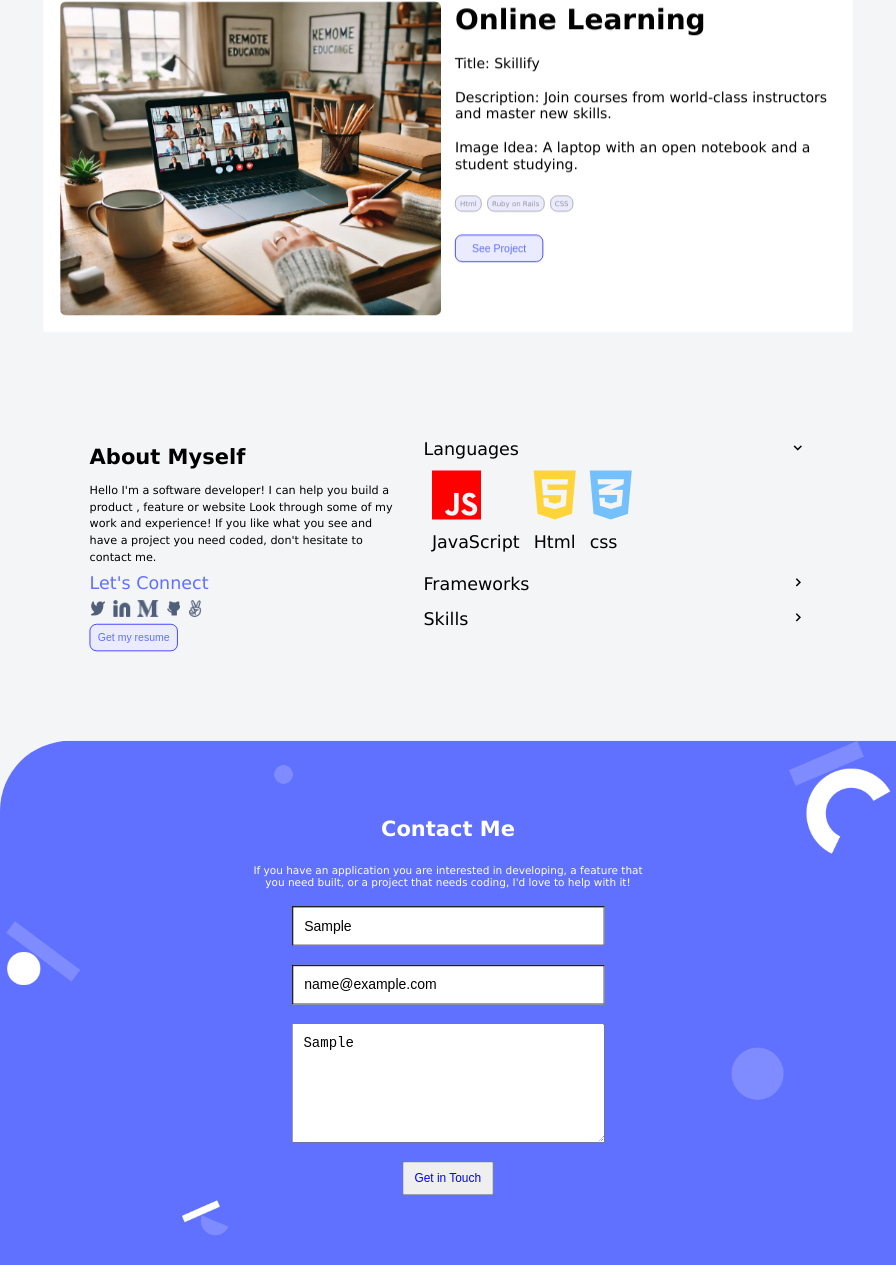
Repository: usman3123/portfolio-template-3
Page: index.html
An editor plug-in stored every save of this project. The page is shown before and after the next save, followed by the edit.
The browser window is 1280 px wide. The pictures show the part of the page from y = 2806 to 4726 px (the page is 4613 px tall before and 4726 px after), at 70% of full size.
Empty fields were first filled with sample values (such as "Sample", 5 or name@example.com).
After loading, the first visible `i.bx` was clicked once.
Some web libraries are served in a nearby version.

Above is the page before, as saved 2025-02-20 13:50:03.

### index.html
<!DOCTYPE html>
<html lang="en">
<head>
  <meta charset="UTF-8">
  <meta name="viewport" content="width=device-width, initial-scale=1.0">
  <title>project 2</title>
  <link rel="stylesheet" href="style.css">
  <link href='https://unpkg.com/boxicons@2.1.4/css/boxicons.min.css' rel='stylesheet'>
  <link rel="stylesheet" href="https://cdnjs.cloudflare.com/ajax/libs/font-awesome/6.6.0/css/all.min.css" integrity="sha512-Kc323vGBEqzTmouAECnVceyQqyqdsSiqLQISBL29aUW4U/M7pSPA/gEUZQqv1cwx4OnYxTxve5UMg5GT6L4JJg==" crossorigin="anonymous" referrerpolicy="no-referrer" />
  <link rel="stylesheet" href="https://cdnjs.cloudflare.com/ajax/libs/font-awesome/6.6.0/css/all.min.css" integrity="sha512-Kc323vGBEqzTmouAECnVceyQqyqdsSiqLQISBL29aUW4U/M7pSPA/gEUZQqv1cwx4OnYxTxve5UMg5GT6L4JJg==" crossorigin="anonymous" referrerpolicy="no-referrer" />

  <link rel="stylesheet" href="https://cdnjs.cloudflare.com/ajax/libs/font-awesome/6.7.2/css/all.min.css">
  <link rel="preconnect" href="https://fonts.googleapis.com">
<link rel="preconnect" href="https://fonts.gstatic.com" crossorigin>
<link href="https://fonts.googleapis.com/css2?family=Poppins:ital,wght@0,100;0,200;0,300;0,400;0,500;0,600;0,700;0,800;0,900;1,100;1,200;1,300;1,400;1,500;1,600;1,700;1,800;1,900&display=swap" rel="stylesheet">
</head>

<body>
<div class="herostyle"></div>
  <section class="wholebody">
    <section class="webpage">
      <!-- Navbar -->

    <div class="hero-page">
      <div class="header-div">
        <nav class="nav-bar flex">
            <h4 class="nav-heading">My Logo</h4>
            <div class="nav-links flex">
                <a  class="link">Portfolio</a>
                <a href="#myabout" class="link">About</a>
                <a href="#mycontact" class="link" >Contact</a>
            </div>
            <i class="fa-solid fa-light fa-bars fa-xl nav-icon" id="nav-icon"></i>
        </nav>
    </div>

      <!-- Main Content -->
      <section id="myportfolio" class="hero-section flex">
        <div class="hero-content flex">
            <h1 class="hero-head"> I'm USMAN!
              Glad to see you.
          </h1>
          <p class="hero-p">
            I'm a software developer! I can help you build a product , feature or website Look through  some of my work and experience! If you like what you see and have a project you need coded, don’t hesitate to contact me.
          </p>
        <p class="let-connect"> LET'S CONNECT</p>

          <div class="icons flex">
              <img src="/assets/twitter.png" class="media-icon">
              <img src="assets/Linkedin.png" class="media-icon">
              <img src="assets/M.png" class="media-icon">
              <img src="assets/Github.png" class="media-icon">
              <img src="assets/V.png" class="media-icon">
          </div>
        </div>
      </section>

    </div>
      <!-- Cards Section -->

      <div class="overlay">
        <section class="cards flex">

        </section>

      </div>

      <!-- ABOUT MYSELF -->

      <section id="myabout" class="about flex">

        <div class="about-intro flex">
          <h1 class="about-head">About Myself</h1>
          <p class="about-paragraph">Hello I'm a software developer! I can help you build a product , feature or website Look through some of my work and experience! If you like what you see and have a project you need coded, don't hesitate to contact me.</p>
            <p class="connect">Let's Connect</p>
            <div class="icons flex icon-gap">
              <img src="assets/twitter.png" class="twitter">
              <img src="assets/Linkedin.png" class="inimage">
              <img src="assets/M.png" class="mimage">
              <img src="assets/Github.png" class="tomimage">
              <img src="assets/V.png" class="protocol">
          </div>
          <button class="content-btn rsm-btn"> Get my resume</button>
        </div>

        <div class="about-skills flex">
          <div class="clicker">
            <div class="about-all flex">
              <p>Languages</p>
              <i class='bx bx-chevron-down remove downicon'></i>
              <i class='bx bx-chevron-right  language-icon'></i>
            </div>
            <div class="about-lang-languages flex">
              <div class="about-lang-img flex">
                <i class="fa-brands fa-js sty-i" style="color: #ff0000;"></i>
                <p>JavaScript</p>
              </div>
              <div class="about-lang-img flex">
                <i class="fa-brands fa-html5 sty-i" style="color: #FFD43B;"></i>
                <p>Html</p>

              </div>
              <div class="about-lang-img flex">
                <i class="fa-brands fa-css3-alt sty-i" style="color: #74C0FC;"></i>
                <p>css</p>
              </div>
            </div>
          </div>
          <div class="about-all flex">
            <p> Frameworks</p>
            <i class='bx bx-chevron-down remove downicon'></i>
            <i class='bx bx-chevron-right  language-icon'></i>
          </div>
          <div class="about-lang-frameworks flex">
            <div class="about-lang-img flex">
              <p>bootStrap</p>
              <i class="fa-brands fa-bootstrap icon-style" style="color: #075ef2;"></i>
            </div>
            <div class="about-lang-img flex">
              <p>Ruby on Rails</p>
              <i class="fa-solid fa-gem icon-style" style="color: #ff0000;"></i>
            </div>
            <div class="about-lang-img flex">
              <p>React.js</p>
              <i class="fa-brands fa-react icon-style" style="color: #437ddf;"></i>
            </div>
          </div>
          <div class="about-all flex">
            <p>Skills</p>
            <i class='bx bx-chevron-right'></i>
            </div>
            </div>
      </section>


      <!-- Contact section -->

        <section id="mycontact" class="contact-section flex">
        <h1 class="contact-heading">Contact Me</h1>
        <p class="contact-description flex">
            If you have an application you are interested in developing, a feature that you need built, or a project that needs coding, I'd love to help with it!
        </p>
        <form class="contact-form flex">
            <input class="form-input" type="text" placeholder="Your Name">
            <input class="form-input" type="email" placeholder="Your Email">
            <textarea class="form-message" placeholder="Write your message here..."></textarea>
            <button class="form-button flex">Get in Touch</button>
        </form>

    </section>
    </section>

  </section>
  <div class="container"></div>
<script src="index.js"></script>
</body>
</html>

### index.js
arr = [
    {
        img : "/assets/card-1img.webp",
        h2 : "Technology Blog",
        paragraph1 : "Title :Innovating the Future",
        p_description : "Description: Explore groundbreaking advancements in AI and robotics shaping tomorrow.",
        paragraph2 :"Image Idea: A futuristic image showing AI robots collaborating with humans.",
        lang1 : "Html",
        lang2 : "CSS",
        lang3 : "JavaScript",
        lang5 : "Boot Strap",
        button : "See Project",
        year : "2023",
        cardimg : "/assets/card-1img.webp"
    },
    {
        img : "/assets/card-2img.webp",
        h2 : "Photography Portfolio",
        paragraph1 : "Title: Lens Stories",
        p_description : "Description: A collection of awe-inspiring moments captured around the globe.",
        paragraph2 :"Image Idea: A scenic view of mountains or a person with a camera.",
        lang1 : "Html",
        lang2 :"Ruby on Rails",
        lang3 : "CSS",
        lang4 : "JavaScript",
        lang5 : "Boot Strap",
        button : "See Project",
        year : "2024",
        cardimg :"/assets/card-2img.webp"
    },
    {
        img : "/assets/card-3img.webp",
        h2 : "Fitness App",
        paragraph1 : "Title: oveSmart",
        p_description :"Description: Your companion for tracking workouts and achieving fitness goals.",
        paragraph2 :"Image Idea: A person jogging with fitness metrics displayed.",
        lang1 : "Html",
        lang2 :"Ruby on Rails",
        lang3 : "CSS",
        lang4 : "JavaScript",
        lang5 : "Boot Strap",
        button : "See Project",
        year : "2025",
        cardimg : "/assets/card-3img.webp"
    },
    {
        img : "/assets/card-4img.webp" ,
        h2 : "Online Learning",
        paragraph1 : "Title: Skillify",
        p_description : "Description: Join courses from world-class instructors and master new skills.",
        paragraph2 :"Image Idea: A laptop with an open notebook and a student studying.",
        lang1 : "Html",
        lang2 :"Ruby on Rails",
        lang3 : "CSS",
        lang4 : "JavaScript",
        lang5 : "Boot Strap",
        button : "See Project",
        year : "2025",
        cardimg :"/assets/card-4img.webp"
    }
];
const body = document.querySelector("body");
const overlay = document.querySelector(".overlay");
const herooverlay = document.querySelector(".herostyle");
const bodyy = document.querySelector(".wholebody");


document.addEventListener("DOMContentLoaded",()=> {
  const cards = document.querySelector(".cards");
  const bodyy = document.querySelector(".wholebody");

  arr.forEach((element) => {
      cards.innerHTML += `<div class="card flex">
        <img class="card-img" src= ${element.img} alt="CARD_!_IMG">
        <div class="card-content flex">
          <h2 class="card-head">${element.h2}</h2>
          <p class="content-p">${element.paragraph1}</p>
          <p class="content-sp">${element.p_description}</p>
          <p class="content-p">${element.paragraph2}</p>
          <div class="languages flex">
            <p class="lang">${element.lang1}</p>
            <p class="lang">${element.lang2}</p>
            <p class="lang">${element.lang3}</p>
          </div>
          <button id = "cardbtn" class="content-btn">${element.button}</button>
        </div>
      </div>
  `
  });
  document.querySelectorAll("#cardbtn").forEach((btn, index) => {
    btn.addEventListener("click", () => {
      popup(arr[index]);
      bodyy.classList.add("blur");
      document.querySelector(".inner-container").classList.add("style");
      document.querySelector(".container").style.display = "block";
    });
  });
  function popup(element) {
    const popup = document.querySelector(".container");
      popup.innerHTML =
        `<div class="inner-container">
      <div class="icon-head flex">
          <h2 class="heading flex">${element.h2}</h2>
          <i class="fa-solid fa-x" id = "close-popup" ></i>
      </div>
      <div class="languages flex">
          <p class="lang">Canopy</p>
          <p class="lang">Back End Dev</p>
          <p class="lang">${element.year}</p>
      </div>
      <img src= ${element.cardimg} class="wrapimg">
      <div class="languages flex">
          <p class="lang">${element.lang1}</p>
          <p class="lang">${element.lang5}</p>
          <p class="lang">${element.lang2}</p>
      </div>

      <div class="paragraph">
          <p class="p1">${element.paragraph1}</p>
          <p class="p2">${element.p_description}</p>
          <p class="p3">${element.paragraph2}</p>
      </div>

      <div class="buttons flex">
          <div class="livebtn flex">
              <p>See live</p>
              <img src="/assets/Icon - Export.svg" class="btnimg">
          </div>
          <div class="sourcebtn flex">
              <p>See source</p>
              <img src="/assets/Icon -GitHub.png" class="btnimg">
          </div>
      </div>

      </div>`;

      document.querySelector("#close-popup").addEventListener("click", () => {
        popup.style.display = "none";
        bodyy.classList.remove("blur");
      });
    }

    const navicon = document.querySelector(".nav-icon");

    navicon.addEventListener("click",(e)=> {
      herooverlay.classList.add("overlaystyle")
      herooverlay.style.display = "block"
      herooverlay.innerHTML = `
      <i class="fa-solid fa-x" id= "closepopup" ></i>
      <div class = "links-after-click">
        <p><a class = "link" href="#myportfolio" >Portfolio</a></p>
        <p><a class = "link" href="#myabout">About</a></p>
        <p><a class = "link" href="#mycontact">Contact</a></p>
      </div>`
      const closeoverlay = document.querySelector("#closepopup");
      closeoverlay.addEventListener("click",() => {
        herooverlay.classList.remove("overlaystyle");
        herooverlay.style.display = "none"
      })
    })
    const langicon = document.querySelector(".language-icon");
    const downicon = document.querySelector(".downicon");
    const langdisplay = document.querySelector(".about-lang-languages");

    langicon.addEventListener("click", () => {
      langicon.classList.add("remove");
      downicon.classList.remove("remove");
      langdisplay.classList.add("block");
    });

    downicon.addEventListener("click", () => {
      langicon.classList.remove("remove");
      downicon.classList.add("remove");
      langdisplay.classList.remove("block");
    });
  })


















{/* <div class="inner-container">
<div class="icon-head flex">
    <h2 class="heading flex">Tonic</h2>
    <i class="fa-solid fa-x" ></i>
</div>
<div class="languages flex">
    <p class="lang">Canopy</p>
    <p class="lang">Back End Dev</p>
    <p class="lang">2015</p>
</div>
<img src="/assets/Snapshoot Portfolio.png" class="wrapimg">
<div class="languages flex">
    <p class="lang">HTML</p>
    <p class="lang">Bootstrap</p>
    <p class="lang">Ruby on rails</p>
</div>

<div class="paragraph">
    <p class="p1">Lorem Ipsum is simply dummy text of the printing and typesetting industry. Lorem Ipsum has been the industry's standard dummy text ever since the 1500s, when an unknown printer took a galley of type and scrambled it 1960s.</p>
    <p class="p2">Lorem Ipsum is simply dummy text of the printing and typesetting industry. Lorem Ipsum has been the industry's standard dummy text ever since the 1500s, when an unknown printer took a galley of type and scrambled it 1960s with the releax map lapora verita.</p>
    <p class="p3">Lorem Ipsum is simply dummy text of the printing and typesetting industry. Lorem Ipsum has been the industry's standard dummy text ever since the 1500s, when an unknown printer took a galley of type and scrambled it to make a type specimen book. It has survived not only five centuries, but also the leap into electronic typesetting, remaining essent</p>
</div>

<div class="buttons flex">
    <div class="livebtn flex">
        <p>See live</p>
        <img src="/assets/Icon - Export.svg" class="btnimg">
    </div>
    <div class="sourcebtn flex">
        <p>See source</p>
        <img src="/assets/Icon -GitHub.png" class="btnimg">
    </div>
</div>

</div>
 */}














/* <div class="card flex">
      <img class="card-img" src="/assets/card-1img.webp" alt="CARD_!_IMG">
      <div class="card-content flex">
        <h2 class="card-head">Technology Blog</h2>
        <p class="content-p">Title: "Innovating the Future"</p>
        <p class="content-sp">Description: "Explore groundbreaking advancements in AI and robotics shaping tomorrow."</p>
        <p class="content-p">Image Idea: A futuristic image showing AI robots collaborating with humans.</p>
        <div class="languages flex">
          <p class="lang">Html</p>
          <p class="lang">CSS</p>
          <p class="lang">JavaScript</p>
        </div>
        <button class="content-btn">See Project</button>
      </div>
    </div>
    <div class="card flex">
      <img class="card-img" src="/assets/card-2img.webp" alt="CARD_!_IMG">
      <div class="card-content flex">
        <h2 id="photo-head">Photography Portfolio</h2>
        <p class="content-p">Title: "Lens Stories"<p>
        <p class="content-sp">Description: "A collection of awe-inspiring moments captured around the globe."</p>
        <p class="content-p">Image Idea: A scenic view of mountains or a person with a camera.
        </p>
        <div class="languages flex">
          <p class="lang">Html</p>
          <p class="lang">Ruby on Rails</p>
          <p class="lang">CSS</p>
          <p class="lang">JavaScript</p>
        </div>
        <button class="content-btn">See Project</button>
      </div>
    </div>
    <div class="card flex">
      <img class="card-img" src="/assets/card-3img.webp" alt="CARD_!_IMG">
      <div class="card-content flex">
        <h2 class="card-head">Fitness App</h2>
        <p class="content-p">Title: "MoveSmart"<p>
        <p class="content-sp">Description: "Your companion for tracking workouts and achieving fitness goals."</p>
        <p class="content-p">Image Idea: A person jogging with fitness metrics displayed.</p>
        <div class="languages flex">
          <p class="lang">Html</p>
          <p class="lang">Ruby on Rails</p>
          <p class="lang">CSS</p>
          <p class="lang">JavaScript</p>
        </div>
        <button class="content-btn">See Project</button>
      </div>
    </div>
    <div class="card flex">
      <img class="card-img" src="/assets/card-4img.webp" alt="CARD_!_IMG">
      <div class="card-content flex">
        <h2 class="card-head">Online Learning</h2>
        <p class="content-p">Title: "Skillify"p>
        <p class="content-sp">Description: "Join courses from world-class instructors and master new skills."</p>
        <p class="content-p">Image Idea: A laptop with an open notebook and a student studying.</p>
        <div class="languages flex">
          <p class="lang">Html</p>
          <p class="lang">Ruby on Rails</p>
          <p class="lang">CSS</p>
          <p class="lang">JavaScript</p>
        </div>
        <button class="content-btn">See Project</button>
      </div>
    </div> */

Loaded but not shown: style.css (617 lines, source omitted)

After the next save:
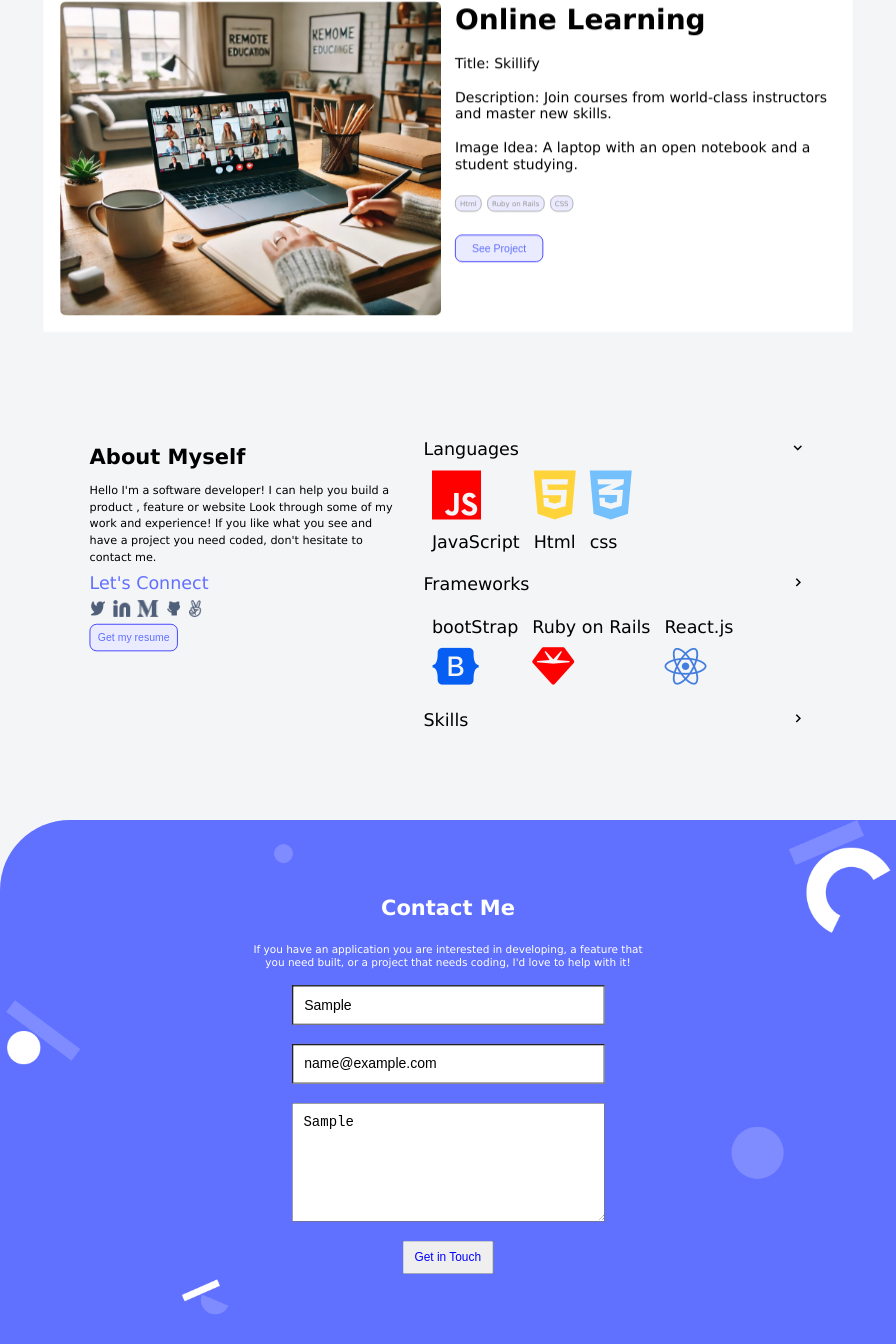
Saved 118 s later.
--- a/index.js
+++ b/index.js
@@ -173,6 +173,20 @@ document.addEventListener("DOMContentLoaded",()=> {
       downicon.classList.add("remove");
       langdisplay.classList.remove("block");
     });
+
+    const displayframeworks = document.querySelector(".about-lang-frameworks");
+
+    langicon.addEventListener("click", () => {
+      langicon.classList.add("remove");
+      downicon.classList.remove("remove");
+      displayframeworks.classList.add("block");
+    });
+
+    downicon.addEventListener("click", () => {
+      langicon.classList.remove("remove");
+      downicon.classList.add("remove");
+      langdisplay.classList.remove("block");
+    });
   })
 
 

After the 4 saves that followed:
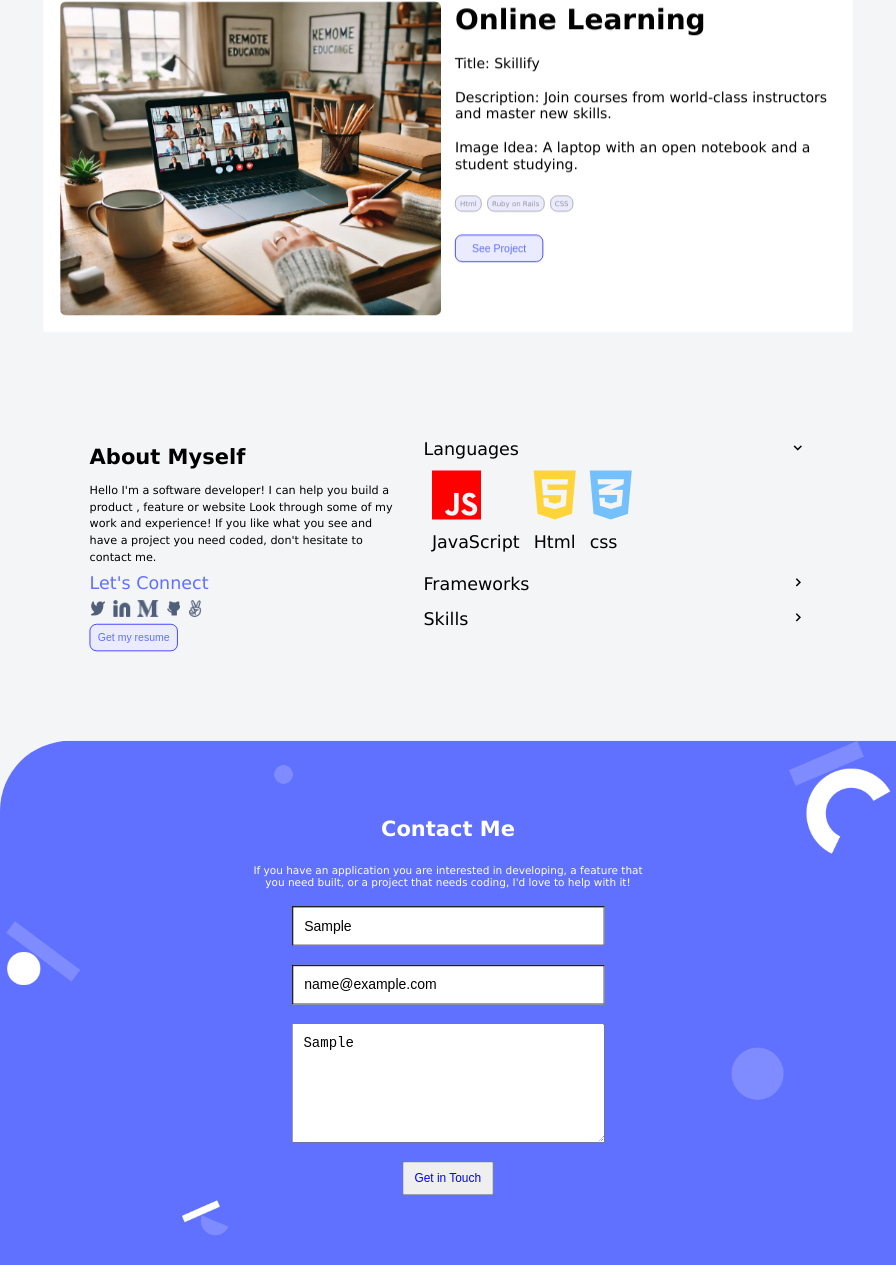
The 4 saves are shown as one change because 3 left the picture as it was.
The last was saved 5 min 47 s later.
--- a/index.html
+++ b/index.html
@@ -108,8 +108,8 @@
           </div>
           <div class="about-all flex">
             <p> Frameworks</p>
-            <i class='bx bx-chevron-down remove downicon'></i>
-            <i class='bx bx-chevron-right  language-icon'></i>
+            <i class='bx bx-chevron-down remove ficon'></i>
+            <i class='bx bx-chevron-right  frame-icon'></i>
           </div>
           <div class="about-lang-frameworks flex">
             <div class="about-lang-img flex">
--- a/index.js
+++ b/index.js
@@ -175,17 +175,19 @@ document.addEventListener("DOMContentLoaded",()=> {
     });
 
     const displayframeworks = document.querySelector(".about-lang-frameworks");
-
-    langicon.addEventListener("click", () => {
-      langicon.classList.add("remove");
-      downicon.classList.remove("remove");
+    const frameicon = document.querySelector(".frame-icon");
+    const framedicon = document.querySelector(".ficon");
+
+    frameicon.addEventListener("click", () => {
+      frameicon.classList.add("remove");
+      framedicon.classList.remove("remove");
       displayframeworks.classList.add("block");
     });
 
     downicon.addEventListener("click", () => {
-      langicon.classList.remove("remove");
-      downicon.classList.add("remove");
-      langdisplay.classList.remove("block");
+      frameicon.classList.remove("remove");
+      framedicon.classList.add("remove");
+      displayframeworks.classList.remove("block");
     });
   })
 
